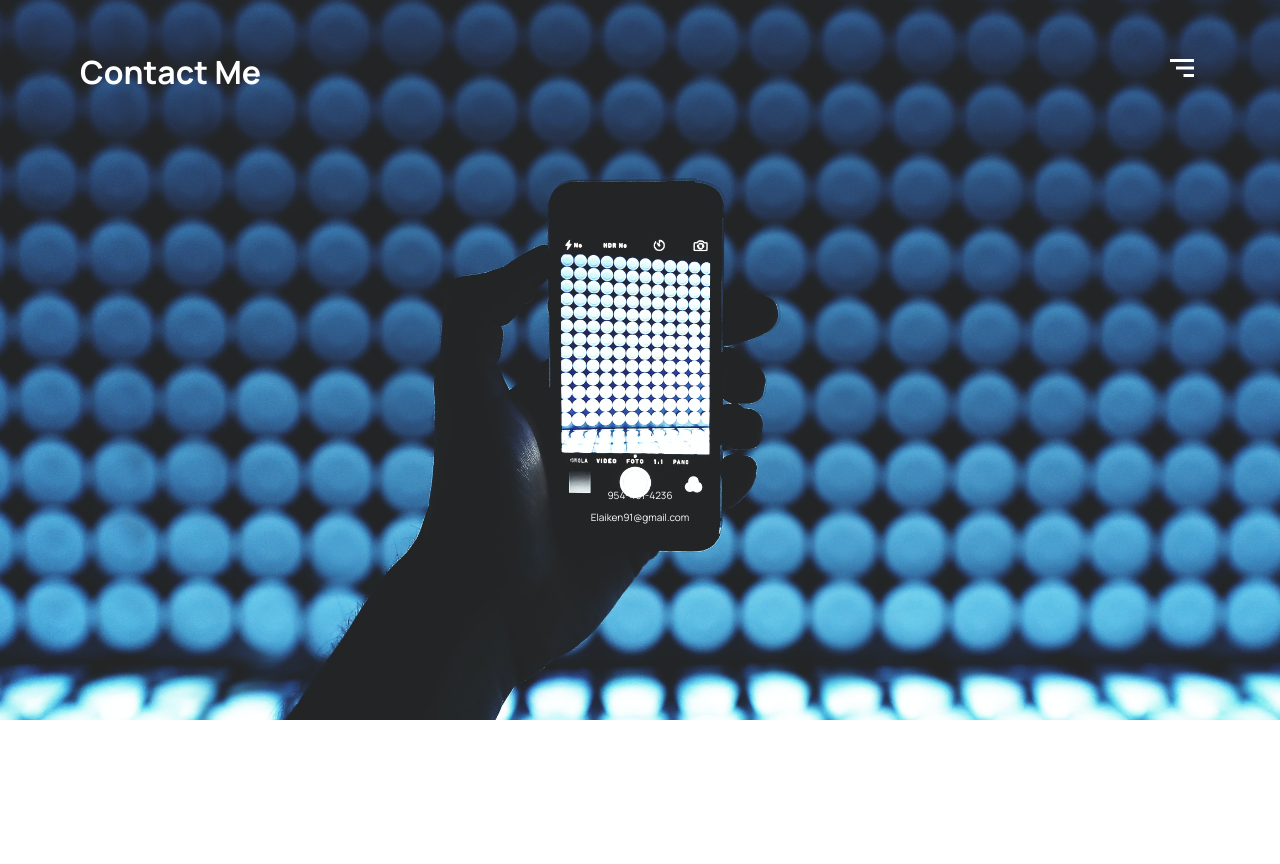
Repository: elaiken/portfolio
Page: /contact-me
These files come from the project's save history. The page is drawn as it stood at one moment and after the next save; the edit follows.
The browser window is 1280 px wide. The pictures show the whole page.
The project was rebuilt for these pictures with package versions that can differ from the ones it lists, and the page was loaded fresh each time. Also part of the build but not shown: src/components/Error.js, src/components/Home.js, src/components/Projects.js.

Above is the page before, as saved 2021-11-26 13:46:22.

### public/index.html
<!DOCTYPE html>
<html lang="en">
  <head>
    <meta charset="utf-8" />
    <link rel="icon" href="%PUBLIC_URL%/favicon.ico" />
    <meta name="viewport" content="width=device-width, initial-scale=1" />
    <meta name="theme-color" content="#000000" />
    <meta
      name="description"
      content="Elliott A Aiken II | Looking for Front-end Role"
    />
    <link rel="apple-touch-icon" href="%PUBLIC_URL%/logo192.png" />
    <!--
      manifest.json provides metadata used when your web app is installed on a
      user's mobile device or desktop. See https://developers.google.com/web/fundamentals/web-app-manifest/
    -->
    <link rel="manifest" href="%PUBLIC_URL%/manifest.json" />
    <link rel="preconnect" href="https://fonts.googleapis.com">
<link rel="preconnect" href="https://fonts.gstatic.com" crossorigin>
<link href="https://fonts.googleapis.com/css2?family=Manrope:wght@200;400;700&family=Poppins:ital,wght@0,500;1,300;1,400&family=Source+Sans+Pro:ital,wght@0,400;0,600;1,300;1,400&display=swap" rel="stylesheet">


    <title>Elliott A Aiken II | Looking for Front-end Role </title>
  </head>
  <body>
    <noscript>You need to enable JavaScript to run this app.</noscript>
    <div id="root"></div>

  </body>
</html>

### src/index.css
:root {
  --background-image:linear-gradient(120deg,hsl(800, 100%, 35%),rgba(200, 84, 69, 0.67));
  --background-overlay:rgba(0,0,0,0.4)
}


*{
  margin: 0;
  padding: 0;
  box-sizing: border-box;
}

ul {
  list-style-type: none;
}

a {
  font-family: inherit;
  text-decoration: none;
  color:gold;




}

img {
  max-width: 100%;
}
body{
  font-family: "Manrope", sans-serif;
  overflow: hidden;
}

/* Menu button */

.menu-btn {
  position: absolute;
  right: 80px;
  margin-top: 50px;
  z-index: 9999999;
}

 .menu-btn button {
  background-color: transparent;
  font-size: 36px;
  color: #fff;
  border:none;
  cursor:pointer;

}

/* Header */

.header {
  position: absolute;
  right: 0;
  height: 0;
  overflow: hidden;
  width: 200px;
  transition: all 0.5s ease-in-out;

}

.header.open {
  height: 100vh;
  background-color:var(--background-overlay);


}

.header nav ul {
  display: flex;
  flex-direction: column;
  align-items: center;
  justify-content: center;
  min-height: 100vh;
}

.header nav ul li {
  margin:20px 0;
}




/* HomePAGE */
.home {
  background: url(./pexels-andre-moura-4021521.jpg);
  background-repeat:no-repeat ;
  background-size: cover;
  background-position:center;
  height: 100vh;
}

.home .overlay {
background-color:var(--background-image);
display: flex;
flex-direction: column ;
align-items: center;
justify-content: center;
min-height: 100vh;
color: white ;
text-align: center;
}

.home .overlay h1 {
  text-transform: uppercase ;
  font-size: 96px;
}
.home .overlay p {
  font-size: 36px;
}

.home .overlay ul {
  display: flex;
  align-items: center;
  justify-content: center;
  margin-top: 30px ;
}

.home .overlay ul li {
  margin: 0 20px;
}

.home .overlay ul li a {
  font-size: 46px;
}

/* Contact */
.contacts{
  background-image: url(./pexels-oleg-magni-861121.jpg);
  background-repeat:no-repeat ;
  background-size: cover;
  background-position:center;
  height: 100vh;
}
.contacts h1 {
padding: 50px 80px;
color: #fff;
}

.contacts ul {
  display: flex;
  flex-direction: column;
  align-items: center;
  justify-content: center;
  min-height: 100vh;

}
.contacts ul a {
  font-size: 10px;
  color: #fff;
}

@media (max-width: 992px) {
  .homepage .overlay h1 {
    font-size: 64px;
  }

  @media (max-width: 500px) {
    .menu-btn{
      right:30px
    }
  .homepage .overlay h1 {
    font-size: 48px;
  }
  .homepage .overlay p {
    font-size: 20px;
    margin-top: 20px;
  }
  .homepage .overlay ul li a {
    font-size: 24px;
}
  }
}

### src/App.js
import { BrowserRouter, Route, Routes } from "react-router-dom"
import Error from "./components/Error";
import Home from "./components/Home";
import Menu from "./components/Menu";
import Projects from "./components/Projects";
import Contacts from "./components/Contacts";



const App = () => {
  return (
    <BrowserRouter >
      <Menu />
      <Routes>
        <Route exact path='/' element={<Home />}>
        </Route>
        <Route path="/projects" element={<Projects />}>
        </Route>
        <Route path="contact-me" element={<Contacts />}>
        </Route>
        <Route path="/*" element={<Error />}>
        </Route>
      </Routes>
    </BrowserRouter>
  );
}
export default App;

### src/components/Menu.js
import { useState } from "react"

import { Link } from "react-router-dom"

import { BiMenuAltRight } from "react-icons/bi"
import { navbar } from "../data/navbar"




const Menu = () => {
    const [isOpen, setIsOpen] = useState(false);
    const [links, setLinks] = useState(navbar)


    return (
        <>



            <div className="menu-btn">
                <button onClick={() => setIsOpen(!isOpen)}>
                    <BiMenuAltRight />
                </button >
            </div>
            <header className={`${isOpen ? "header open" : "header"}`}>
                <nav>
                    <ul>
                        {links.map((link) => {
                            const { id, title, url } = link

                            return (
                                <li key={id} onClick={() => setIsOpen(false)}>
                                    <Link to={url}>{title}</Link>
                                </li>
                            )
                        })}
                    </ul>
                </nav>

            </header>

        </>
    )
}

export default Menu

### src/components/Contacts.js
const Contacts = () => {
    return (
        <>
            <div className="contacts">
                <h1> Contact Me </h1>

                <ul>
                    <li>
                        <a href="tel:9544514236">954-451-4236</a>
                    </li>
                    <li>
                        <a href="mailto:Elaiken91@gamil.com">Elaiken91@gmail.com</a>
                    </li>
                </ul>
            </div>
        </>
    )
}

export default Contacts

### src/data/navbar.js
import { v4 as uuidv4 } from "uuid";


export const navbar = [
    {
        id: uuidv4(),
        title: "Home",
        url: "/"
    },

    {
        id: uuidv4(),
        title: "Projects",
        url: "/projects"
    },

    {
        id: uuidv4(),
        title: "Contacts",
        url: "/contact-me"
    }
]

Loaded but not shown: src/index.js (common file); src/reportWebVitals.js (common file)

After the next save:
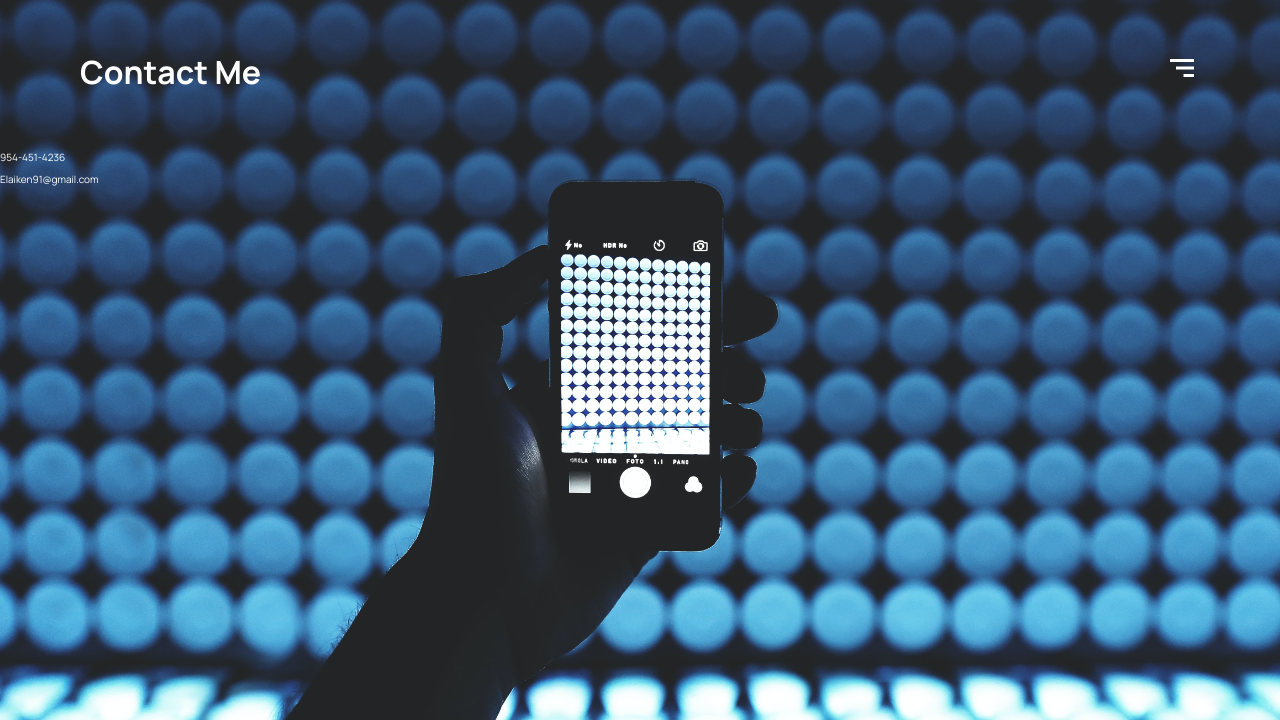
Saved 29 s later.
--- a/src/index.css
+++ b/src/index.css
@@ -141,12 +141,7 @@ color: #fff;
 }
 
 .contacts ul {
-  display: flex;
-  flex-direction: column;
-  align-items: center;
-  justify-content: center;
-  min-height: 100vh;
-
+  position: absolute;
 }
 .contacts ul a {
   font-size: 10px;
